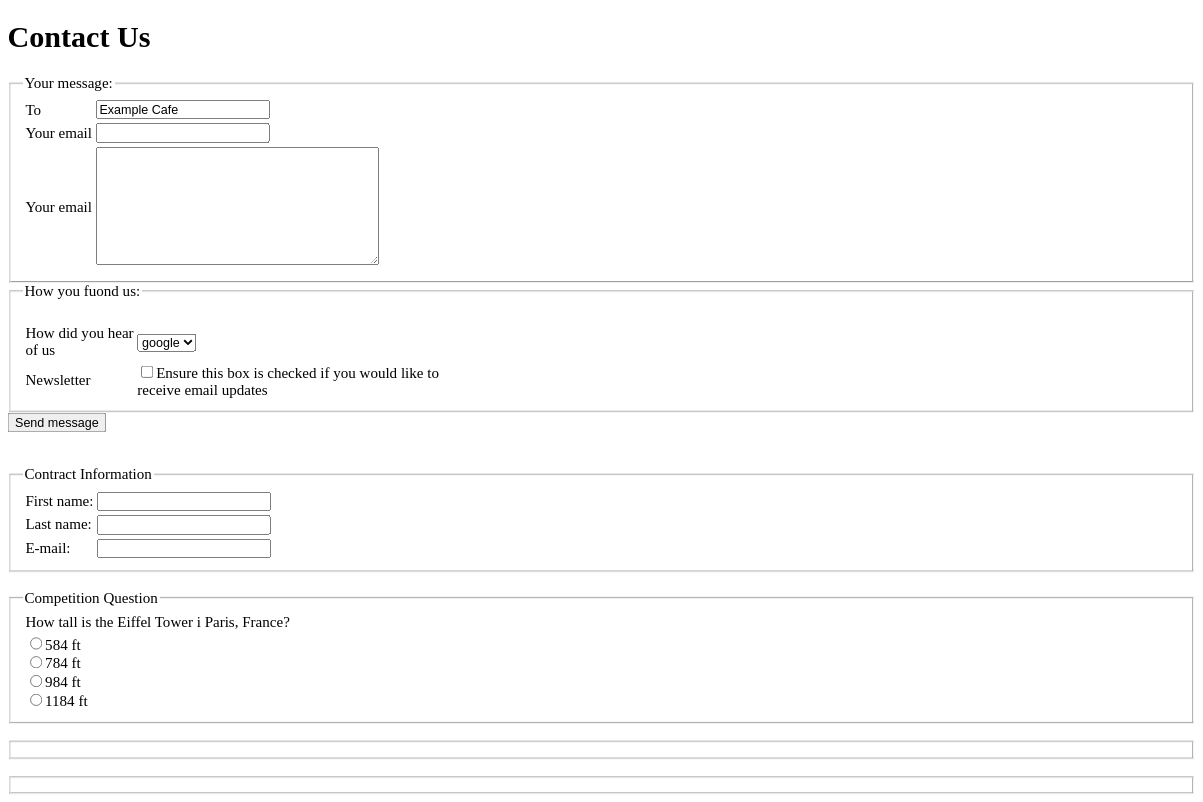
Repository: PhamChiXuan1/HTCNW_tuan3_DHCNTT16C_PhamChiXuan_20030131
Page: bt15.html
An editor plug-in stored every save of this project. The page is shown before and after the next save, followed by the edit.
The browser window is 1280 px wide. The pictures show the whole page, at 94% of full size.

Above is the page before, as saved 2022-02-28 12:24:36.

### bt15.html
<!DOCTYPE html>
<html lang="en">
<head>
    <meta charset="UTF-8">
    <meta http-equiv="X-UA-Compatible" content="IE=edge">
    <meta name="viewport" content="width=device-width, initial-scale=1.0">
    <title>Document</title>
</head>
<body>
    <H1>Contact Us</H1>
    <fieldset>
        <legend>Your message:</legend>
        <table>
            <tr>
                <td><table for="emailTo">To</table></td>
                <td><input type="text" name="txtTo" id="emailTo"  size="20" value="Example Cafe"></td>
            </tr>
            <tr>
                <td><table for="emailFrom">Your email</table></td>
                <td><input type="text" name="txtTo" id="emailFrom"  size="20" value=""></td>
            </tr>
            <tr>
                <td><table for="emailBody">Your email</table></td>
                <td><textarea name="" id="emailBody" cols="35" rows="8"></textarea></td>
            </tr>
        </table>
    </fieldset>
    <fieldset>
        <legend>How you fuond us:</legend>
        <table>
            <tr>
                <td>
                    How did you hear <br>of us
                <td>
                    <select>
                        <option>google</option>
                    </select></td>
                </td>
            </tr>
            <br>
            <tr>
                <td>Newsletter</td>
                <td>
                    <input type="checkbox" value="Checkbox">Ensure this box is checked if you would like to <br>receive email updates
                </td>
            </tr>
        </table>
    </fieldset>
    <form>
        <input type="submit" value="Send message">
    </form>
    <br>
    <br>
    <fieldset>
        <legend>Contract Information</legend>
        <table>
            <tr>
                <td>First name:</td>
                <td><input type="text" ></td>
            </tr>
            <tr>
                <td>Last name:</td>
                <td><input type="text" ></td>
            </tr>
            <tr>
                <td>E-mail:</td>
                <td><input type="text" ></td>
            </tr>
        </table>
    </fieldset>
    <br>
    <fieldset>
        <Legend>Competition Question</Legend>
        <table>
            <tr>
                <td>How tall is the Eiffel Tower i Paris, France?</td>
            </tr>
            <tr>
                <td>
                    <input type="radio">584 ft<br>
                    <input type="radio">784 ft<br>
                    <input type="radio">984 ft<br>
                    <input type="radio">1184 ft
                </td>
            </tr>
        </table>
    </fieldset>
    <br>
    <fieldset>

    </fieldset>
    <br>
    <fieldset>

    </fieldset>
</body>
</html>

After the next save:
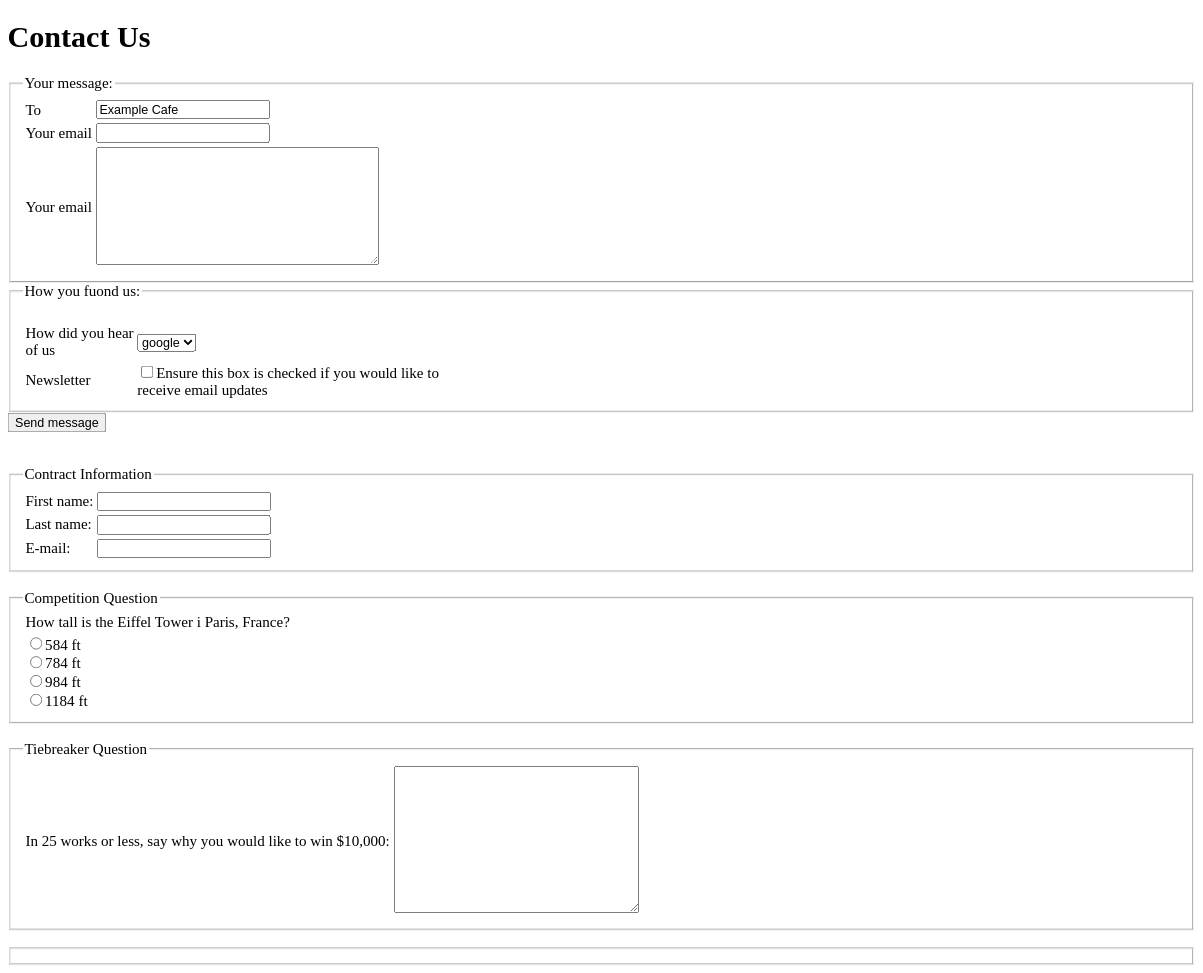
Saved 3 min 17 s later.
--- a/bt15.html
+++ b/bt15.html
@@ -87,7 +87,15 @@
     </fieldset>
     <br>
     <fieldset>
-
+        <legend>Tiebreaker Question</legend>
+        <table>
+            <tr>
+                <td>In 25 works or less, say why you would like to win $10,000:</td>
+                <td>
+                    <textarea name="" id="" cols="30" rows="10"></textarea>
+                </td>
+            </tr>
+        </table>
     </fieldset>
     <br>
     <fieldset>
